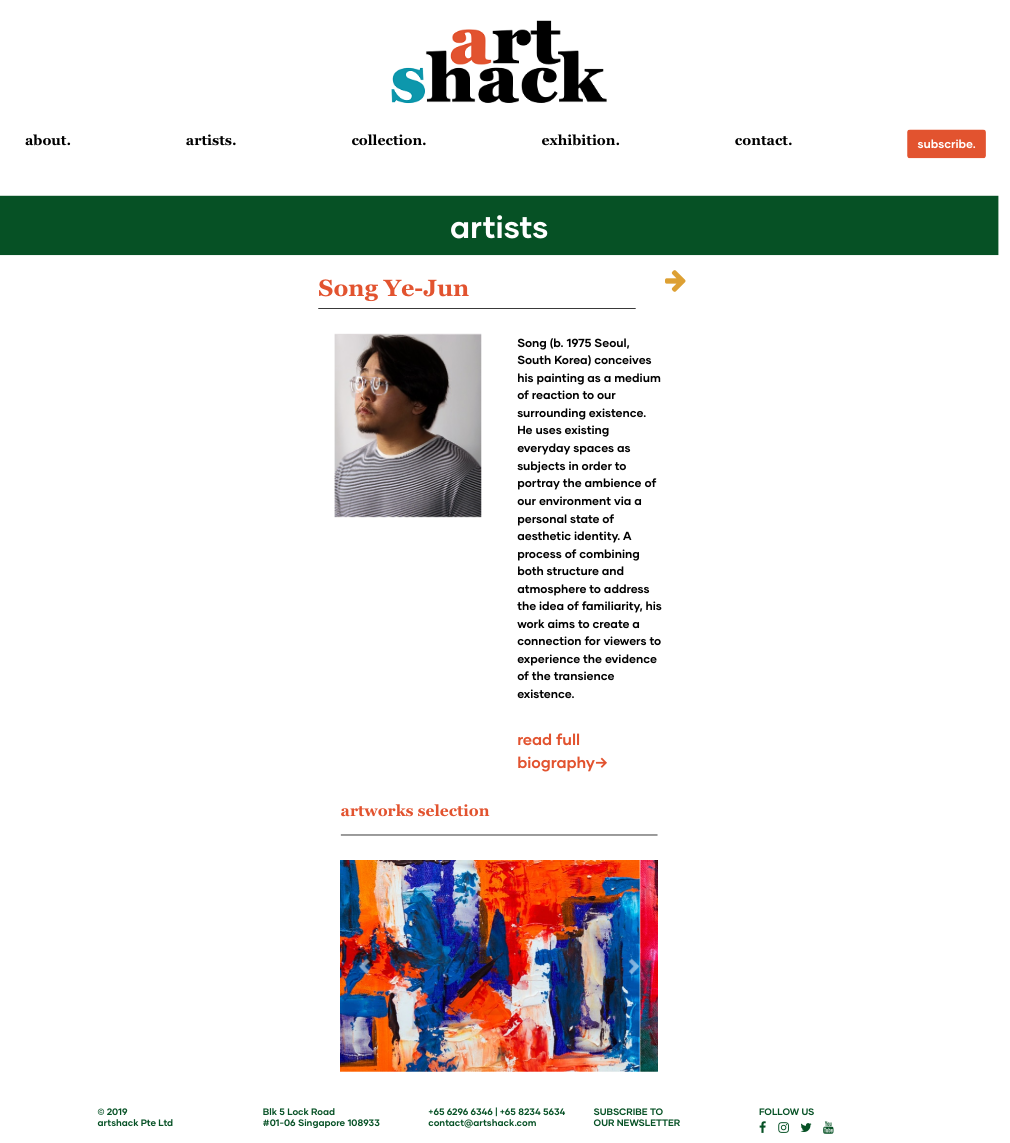
Repository: lynette-lyf/artshack
Page: songyejun.html
The author's editor kept a record of every edit. The page is drawn from the files as they stood at one moment, then again after the next edit.
The browser window is 1280 px wide. The page is 1295 px wide, so the pictures cover 1295 px, including what lies to the right of the window. The pictures show the whole page, at 78% of full size.

Above is the page before.
Not found: artists.css

### songyejun.html
<!doctype html>
<html lang="en">

<head>
  <!-- Required meta tags -->
  <meta charset="utf-8">
  <meta name="viewport" content="width=device-width, initial-scale=1, shrink-to-fit=no">

  <!-- Bootstrap CSS -->
  <link rel="stylesheet" href="https://stackpath.bootstrapcdn.com/bootstrap/4.3.1/css/bootstrap.min.css" integrity="sha384-ggOyR0iXCbMQv3Xipma34MD+dH/1fQ784/j6cY/iJTQUOhcWr7x9JvoRxT2MZw1T" crossorigin="anonymous">
  <link rel="stylesheet" href="artists.css" />
  <link rel="stylesheet" href="https://cdnjs.cloudflare.com/ajax/libs/font-awesome/4.7.0/css/font-awesome.min.css">
  <link href="https://unpkg.com/aos@2.3.1/dist/aos.css" rel="stylesheet">
  <title>artshack</title>

  <style>
/* font converted using font-converter.net. thank you! */
@font-face {
  font-family: "Georgia-Bold";
  src: url("./fonts/georgiab.eot"); /* IE9 Compat Modes */
  src: url("./fonts/georgiab.eot?#iefix") format("embedded-opentype"), /* IE6-IE8 */
    url("./fonts/georgiab.otf") format("opentype"), /* Open Type Font */
    url("./fonts/georgiab.svg") format("svg"), /* Legacy iOS */
    url("./fonts/georgiab.ttf") format("truetype"), /* Safari, Android, iOS */
    url("./fonts/georgiab.woff") format("woff"), /* Modern Browsers */
    url("./fonts/georgiab.woff2") format("woff2"); /* Modern Browsers */
  font-weight: normal;
  font-style: normal;
}


/* font converted using font-converter.net. thank you! */
@font-face {
  font-family: "GilmerBold";
  src: url("./fonts/GilmerBold.eot"); /* IE9 Compat Modes */
  src: url("./fonts/GilmerBold.eot?#iefix") format("embedded-opentype"), /* IE6-IE8 */
    url("./fonts/GilmerBold.otf") format("opentype"), /* Open Type Font */
    url("./fonts/GilmerBold.svg") format("svg"), /* Legacy iOS */
    url("./fonts/GilmerBold.ttf") format("truetype"), /* Safari, Android, iOS */
    url("./fonts/GilmerBold.woff") format("woff"), /* Modern Browsers */
    url("./fonts/GilmerBold.woff2") format("woff2"); /* Modern Browsers */
  font-weight: normal;
  font-style: normal;
}

    .logo {
      width: 280px;
    }

    /*Custom BootStrap4 CSS Styling credits to Saranya Rajendran @ https://stackoverflow.com/questions/49400853/how-to-change-navbar-hover-color-on-bootstrap-4/49405726*/

    .navbar-light .navbar-brand {
      color: black;
    }

    .navbar-light .navbar-nav .active>.nav-link,
    .navbar-light .navbar-nav .nav-link.active,
    .navbar-light .navbar-nav .nav-link.show,
    .navbar-light .navbar-nav .show>.nav-link {
      color: black;
    }

    .navbar-light .navbar-nav .nav-link {
      color: black;
    }

    .navbar-light .navbar-nav .nav-link-about,
    .navbar-light .navbar-nav .nav-link-artists,
    .navbar-light .navbar-nav .nav-link-collection,
    .navbar-light .navbar-nav .nav-link-exhibition,
    .navbar-light .navbar-nav .nav-link-contact {
      color: black;
    }

    .navbar-light .navbar-nav .nav-link-about:hover,
    .navbar-light .navbar-nav .nav-link-contact:hover {
      color: rgb(13, 151, 172) !important;
      text-decoration: none;
    }

    .navbar-light .navbar-nav .nav-link-artists:hover {
      color: rgb(6, 81, 37) !important;
      text-decoration: none;
    }

    .navbar-light .navbar-nav .nav-link-collection:hover {
      color: rgb(221, 160, 51) !important;
      text-decoration: none;
    }

    .navbar-light .navbar-nav .nav-link-exhibition:hover {
      color: rgb(226, 83, 47) !important;
      text-decoration: none;
    }

    .navbar ul {
      display: flex;
      align-items: stretch;
      /* Default */
      justify-content: space-between;
      width: 100%;
      background: #fff;
      margin: 0;
      padding: 0;
    }

    .navbar li {
      display: block;
      flex: 0 1 auto;
      /* Default */
      list-style-type: none;
      background: #fff;
    }

    .navbar .nav-item-subscribe {
      color: white;
    }

    .navbar {
      font-family: Georgia-Bold;
      color: black;
      font-size: 18px;
    }

.navbar .navbar-toggler-icon {
  background-image: url(images/navicon.png);!important
}


    form {
      font-family: GilmerBold;
    }

    .form-group .form-control {
      background-color: rgb(6, 81, 37);
      color: white;
    }

    .btn {
      font-family: GilmerBold;
      font-size: 15px;
      color: white;
      background-color: rgb(226, 83, 47);
    }

    .btn:hover {
      color: white;
      background-color: rgb(13, 151, 172);
    }

    .btn:focus {
      color: orange;
    }

    .box {
      background-color: white;
      color: white;
    }

.container-fluid-footer h3 {
  font-family: GilmerBold;
  font-size: 12px;
  color: rgb(6,81,37);
}

.container-fluid-footer h3 a {
  text-decoration: none;
  color: rgb(6,81,37);
}


.container-fluid-footer #socials a {
  text-decoration: none;
  color: rgb(6,81,37);
  margin: 6px;
}

.container-fluid-footer #socials a:hover,
.container-fluid-footer h3 a:hover,
.container-fluid-footer .newsletter:hover{
  color: rgb(221,160,51);
}

@media (max-width: 1023px) {
  .container-fluid-footer .newsletter { display: none; }
}

.container-fluid-artists {
  background-color: rgb(6,81,37);
}

.container-fluid-artists #artists {
  font-family: GilmerBold;
  font-size: 40px;
  color: white;
}

hr {
  margin-top: 0px;
  padding: 0px;
  color: black;
  border-top: 1.5px solid;
}




.container-fluid-artistscontent #D,
.container-fluid-artistscontent #S {
  font-family: Georgia-Bold;
  font-size: 30px;
  padding: 0px;
}

.container-fluid-artistscontent #D,
.container-fluid-artistscontent #Dbio,
.container-fluid-artistscontent #Dsel {
  color: rgb(6,81,37);
}

.container-fluid-artistscontent #S,
.container-fluid-artistscontent #Sbio,
.container-fluid-artistscontent #Ssel {
  color: rgb(226,83,47);
}


.container-fluid-artistscontent #Dbio,
.container-fluid-artistscontent #Sbio {
  text-decoration:none;
  font-family:GilmerBold;
  font-size: 20px;
  text-align: right;
}

.container-fluid-artistscontent #Dbio:hover,
.container-fluid-artistscontent #Sbio:hover {
  color: rgb(221,160,51);
}

.container-fluid-artistscontent p {
  font-family: GilmerBold;
  font-size: 15px;
  color: black;
}

.container-fluid-artistscontent #Dsel,
.container-fluid-artistscontent #Ssel {
  font-family: Georgia-Bold;
  font-size: 20px;
  padding:0px;
}


.container-fluid-artists .row #artistsnav h2 {
  font-family: Georgia-Bold;
  font-size:15px;
  color:white;
}

.container-fluid-artists .row #artistsnav a {
  text-decoration:none;
  color:white;
}

.container-fluid-artists .row #artistsnav a:hover {
  color: rgb(221,160,51);
}


  </style>

</head>



<header>
  <!--Logo with navigation to Home Page-->
  <div class="container-fluid">
    <div class="logo mx-auto pt-4">
      <a href="index.html"><img class="img-fluid" src="images/logo.png"></img></a>
    </div>

  </div>

  <div class="container-fluid pl-0 pr-0">
    <!--Navbar credits to https://getbootstrap.com/docs/4.3/components/navbar/-->
    <nav class="navbar navbar-expand-lg navbar-light bg-nobg">
      <a class="navbar-brand" href="#"></a>
      <button class="navbar-toggler" style="border:none;" type="button" data-toggle="collapse" data-target="#navbarNav" aria-controls="navbarNav" aria-expanded="false" aria-label="Toggle navigation">
    <span class="navbar-toggler-icon"></span>
  </button>
      <div class="collapse navbar-collapse" id="navbarNav">
        <ul class="navbar-nav">
          <li class="nav-item active">
            <a class="nav-link-about" href="about.html">about.</a>
          </li>
          <li class="nav-item">
            <a class="nav-link-artists" href="artists-list.html">artists.</a>
          </li>
          <li class="nav-item">
            <a class="nav-link-collection" href="index.html#collection">collection.</a>
          </li>
          <li class="nav-item">
            <a class="nav-link-exhibition" href="index.html#current-exhibition">exhibition.</a>
          </li>
          <li class="nav-item">
            <a class="nav-link-contact" href="index.html#contact">contact.</a>
          </li>
          <!--Modal credits to https://mdbootstrap.com/docs/jquery/modals/forms/-->
          <li class="nav-item-subscribe">
            <a class="btn btn-default btn-rounded mb-4" data-toggle="modal" data-target="#modalSubscriptionForm">subscribe.</a>
          </li>
          <div class="modal fade" id="modalSubscriptionForm" tabindex="-1" role="dialog" aria-labelledby="myModalLabel" aria-hidden="true">
            <div class="modal-dialog" role="document">
              <div class="modal-content">
                <div class="modal-header text-center" style="color: white;background-color:rgb(221,160,51);">
                  <h4 class="modal-title">Subscribe to our Newsletter
                    <div style="font-size: 14px">(& get exclusive invitations to
                      <div> our exhibition openings!)</div>
                    </div>
                  </h4>
                  <button type="button" class="close" data-dismiss="modal" aria-label="Close">
          <span aria-hidden="true">&times;</span>
        </button>
                </div>
                <div class="modal-body" style="color: white;background-color:rgb(6,81,37);">
                  <div class="md-form mb-1 mt-2 mx-3">
                    <input type="text" id="form3" class="form-control validate">
                    <label data-error="wrong" data-success="right" for="form3">name</label>
                  </div>

                  <div class="md-form mx-3">
                    <input type="email" id="form2" class="form-control validate">
                    <label data-error="wrong" data-success="right" for="form2">email address</label>
                  </div>

                </div>
                <div class="modal-footer d-flex justify-content-center" style="color: white;background-color:rgb(226,83,47);>
        <button class=" btn btn-indigo ">Subscribe</button>
      </div>
    </div>
  </div>
</div>
        </ul>
      </div>
    </nav>
</header>

<body>
<!--Artists section-->
<div class="container-fluid-artists mt-3">
            <div class="row ">
              <div class="col text-center my-2 mx-3" id="artists"><a href="artists.html" style="text-decoration:none; color:white;">artists</a></div>
            </div>
</div>

<!--Artist 2-->
<div class="container-fluid-artistscontent mt-3">
<div class="row justify-content-center">
<div class="col col-xl-4 col-lg-8 col-md-10 col-sm-12 mx-2 my-2"><h1 id="S">Song Ye-Jun</h1><hr></div>
<a href="doantuly.html"><div class="col-2" id="next"><i class="fa fa-arrow-right" style="font-size:2em; color:rgb(221,160,51)"></i></div></a>
</div>

<div class="row justify-content-center">
<div class="col col-xl-2 col-lg-4 col-md-5 col-sm-12 mx-2 my-2"><img class="img-fluid" src="images/artist2.jpg"></div>
<div class="col col-xl-2 col-lg-4 col-md-5 col-sm-12 mx-2 my-2"><p>Song (b. 1975 Seoul, South Korea) conceives his painting
as a medium of reaction to our surrounding existence. He uses existing everyday spaces as subjects in order to portray the
ambience of our environment via a personal state of aesthetic identity. A process of combining both structure and atmosphere
 to address the idea of familiarity, his work aims to create a connection for viewers to experience the evidence of the
 transience existence.<div class="artistbio pt-3">
<a href="https://www.asiacontemporaryart.com/artists/dir_attachments/815_0.pdf" id="Sbio">read full biography→<a></div></p></div>
</div>

<div class="row justify-content-center">
<div class="col col-xl-4 col-lg-8 col-md-10 col-sm-12 mx-2 my-2"><p id="Ssel">artworks selection</p><hr></div>
</div>

<div class="row justify-content-center">
<div class="col col-xl-4 col-lg-8 col-md-10 col-sm-12 mx-2 my-2">

<div id="carouselExampleControls" class="carousel slide" data-ride="carousel">
  <div class="carousel-inner">
    <div class="carousel-item active">
      <img src="images/artist2work1.jpg" class="d-block w-100" alt="...">
    </div>
    <div class="carousel-item">
      <img src="images/artist2work2.jpg" class="d-block w-100" alt="...">
    </div>
    <div class="carousel-item">
      <img src="images/artist2work3.jpg" class="d-block w-100" alt="...">
    </div>
  </div>
  <a class="carousel-control-prev" href="#carouselExampleControls" role="button" data-slide="prev">
    <span class="carousel-control-prev-icon" aria-hidden="true"></span>
    <span class="sr-only">Previous</span>
  </a>
  <a class="carousel-control-next" href="#carouselExampleControls" role="button" data-slide="next">
    <span class="carousel-control-next-icon" aria-hidden="true"></span>
    <span class="sr-only">Next</span>
  </a>
</div>
</div>
</div>
</div>
</div>



                <!-- Optional JavaScript -->
                <!-- jQuery first, then Popper.js, then Bootstrap JS -->
                <script src="https://code.jquery.com/jquery-3.3.1.slim.min.js " integrity="sha384-q8i/X+965DzO0rT7abK41JStQIAqVgRVzpbzo5smXKp4YfRvH+8abtTE1Pi6jizo " crossorigin="anonymous ">
                </script>
                <script src="https://cdnjs.cloudflare.com/ajax/libs/popper.js/1.14.7/umd/popper.min.js " integrity="sha384-UO2eT0CpHqdSJQ6hJty5KVphtPhzWj9WO1clHTMGa3JDZwrnQq4sF86dIHNDz0W1 " crossorigin="anonymous ">
                </script>
                <script src="https://stackpath.bootstrapcdn.com/bootstrap/4.3.1/js/bootstrap.min.js " integrity="sha384-JjSmVgyd0p3pXB1rRibZUAYoIIy6OrQ6VrjIEaFf/nJGzIxFDsf4x0xIM+B07jRM " crossorigin="anonymous ">
                </script>
                <script src="https://unpkg.com/aos@2.3.1/dist/aos.js"></script>
</body>


<footer>

<!--Page footer-->
  <div class="container-fluid-footer">
  <div class="box">&nbsp;</div>
            <div class="row justify-content-center pt-1 mx-1 mt-2 mb-2">
              <div class="column col-xl-2 col-lg-2 col-md-3 col-sm-10">
<h3 class="copyright">© 2019<br>artshack Pte Ltd</h3>
</div>
<div class="column col-xl-2 col-lg-3 col-md-3 col-sm-10">
<h3 class="address">Blk 5 Lock Road<br> #01-06 Singapore 108933</h3>
</div>

<div class="column col-xl-2 col-lg-3 col-md-3 col-sm-10 ">
<h3 class="contactinfo">+65 6296 6346  |  +65 8234 5634<br><a href="mailto:contact@artshack.com">contact@artshack.com</a></h3>
</div>

<div class="column col-xl-2 col-lg-2 col-md-0 col-sm-0">
<h3 class="newsletter"><a data-toggle="modal" data-target="#modalSubscriptionForm">SUBSCRIBE TO<br>OUR NEWSLETTER</h3></a>
</div>

<div class="column col-xl-2 col-lg-2 col-md-3 col-sm-10 " id="socials">
<h3 class="socials" style="padding: 0px; margin: 0px;">FOLLOW US</h3>
  <a style="margin-left:0px;" href="https://www.facebook.com"><i class="fa fa-facebook"></i></a>
  <a style="margin:5px" href="https://www.instagram.com"><i class="fa fa-instagram"></i></a>
  <a style="margin:5px" href="https://www.twitter.com"><i class="fa fa-twitter"></i></a>
  <a style="margin:5px" href="https://www.youtube.com"><i class="fa fa-youtube"></i></a>
</div>

</div>
</div>
</div>





</footer>

</html>

After the next edit:
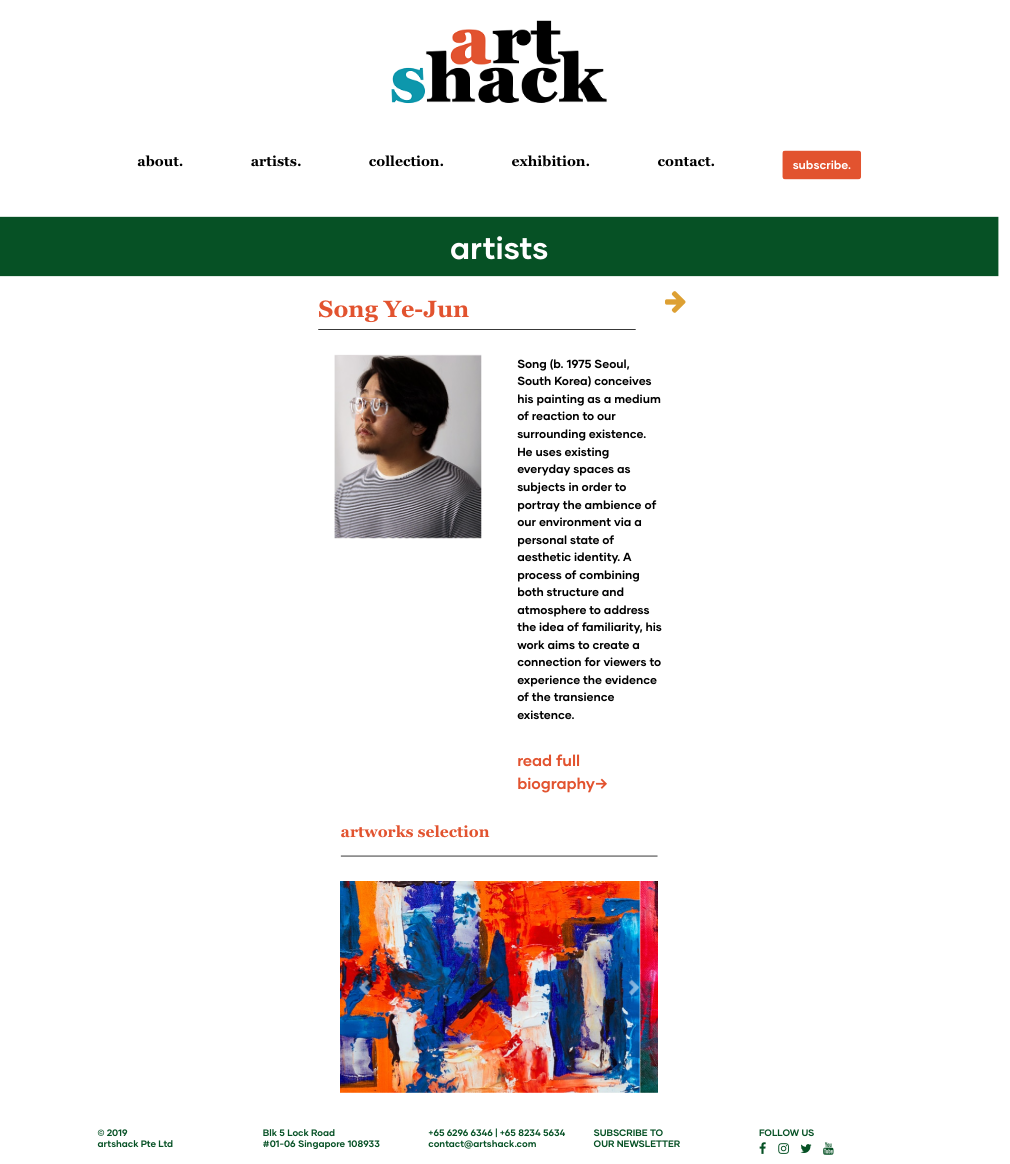
The edit:
--- a/songyejun.html
+++ b/songyejun.html
@@ -285,7 +285,7 @@
 
   <div class="container-fluid pl-0 pr-0">
     <!--Navbar credits to https://getbootstrap.com/docs/4.3/components/navbar/-->
-    <nav class="navbar navbar-expand-lg navbar-light bg-nobg">
+    <nav class="navbar navbar-expand-lg navbar-light bg-nobg w-75 d-block mx-auto">
       <a class="navbar-brand" href="#"></a>
       <button class="navbar-toggler" style="border:none;" type="button" data-toggle="collapse" data-target="#navbarNav" aria-controls="navbarNav" aria-expanded="false" aria-label="Toggle navigation">
     <span class="navbar-toggler-icon"></span>
